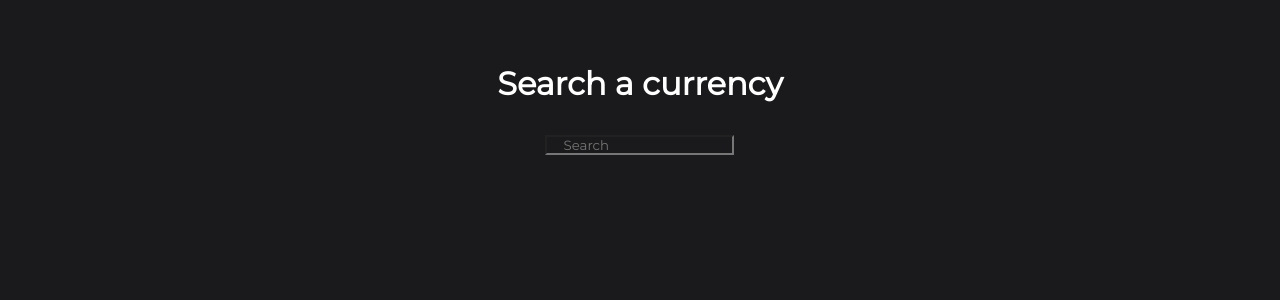
Repository: azizdeghais/Cryptocurrency
Page: /
The author's editor kept a copy of each file at every save. The page is drawn from the files as they stood at one save, then again after the next save.
The browser window is 1280 px wide. The pictures show the whole page.
The page's requests for data from a server got no answer. The project was rebuilt for these pictures with package versions that can differ from the ones it lists, and the page was loaded fresh each time. No one was signed in, and anything a server would have sent is missing. Also part of the build but not shown: src/Coins.css, src/Coin.js.

Above is the page before, as saved 2022-11-11 21:41:32.

### src/App.js
import React, { useState, useEffect } from "react";
import "./App.css";
import axios from "axios";
import Coin from "./Coin";

function App() {

const [coins, setCoins]=useState([]);
const [search,setSearch]=useState('');

  useEffect(() => {
    axios.get(
      "https://api.coingecko.com/api/v3/coins/markets?vs_currency=eur&order=market_cap_desc&per_page=100&page=1&sparkline=false"
    ).then(res => {
      setCoins(res.data);
      console.log(res.data);
    }).catch(error=> console.log(error))
  },[]);

  const handleChange = e=>{
  setSearch(e.target.value);
  }

  const filteredCoins= coins.filter ( coin =>
    coin.name.toLowerCase().includes(search.toLowerCase())
  )

  return(
  <div className="coin-app">
    <div className="coin-search">
      <h1 className="coin-text">Search a currency</h1>
      <form>
        <input type="text" className="coin-input" placeholder="Search" onChange={handleChange}/>
      </form>
    </div>
    {filteredCoins.map(coin=>{
      return (
        <Coin key={coin.id}
            name={coin.name}
             image={coin.image}
             symbol={coin.symbol}
             price={coin.current_price}
             volume={coin.total_volume}
             priceChange={coin.price_change_percentage_24h}
             marketcap={coin.market_cap}
             />
      )
    })}
  </div>
  );
}

export default App;

### src/App.css
@import url('https://fonts.googleapis.com/css2?family=Montserrat&display=swap');

*{
  box-sizing: border-box;
  margin: 0;
  padding: 0;
  font-family: 'Montserrat',sans-serif;
  background-color: #1a1a1c;
  color:#fff;
}
.coin-app{
  display: flex;
  flex-direction: column;
  align-items: center;
  margin-top: 64px;
  color:#fff
}
.coin-search{
  margin-bottom: 64px;
  display:flex;
  flex-direction: column;
  justify-content: center;
  align-items: center;
}
.coin-text{
  margin-bottom: 32px;
  text-align: center;
}
.coin-input{
  padding-left: 16px;
  width:300px
  height:50px
}

Loaded but not shown: public/index.html (common file); src/index.js (common file)

After the next save:
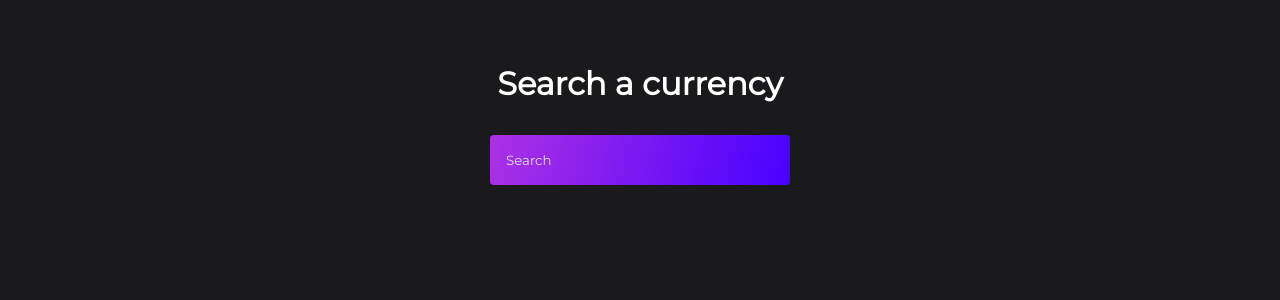
Saved 86 s later.
--- a/src/App.css
+++ b/src/App.css
@@ -28,6 +28,13 @@
 }
 .coin-input{
   padding-left: 16px;
-  width:300px
-  height:50px
+  width:300px;
+  height:50px;
+  border-radius: 4px;
+  border:none;
+  background-image: linear-gradient(-255deg,#ac32e4 0%,#7918f2,#4801ff);
+  color:#e2e2e2;
 }
+.coin-input::placeholder{
+  color:#e2e2e2;
+}
